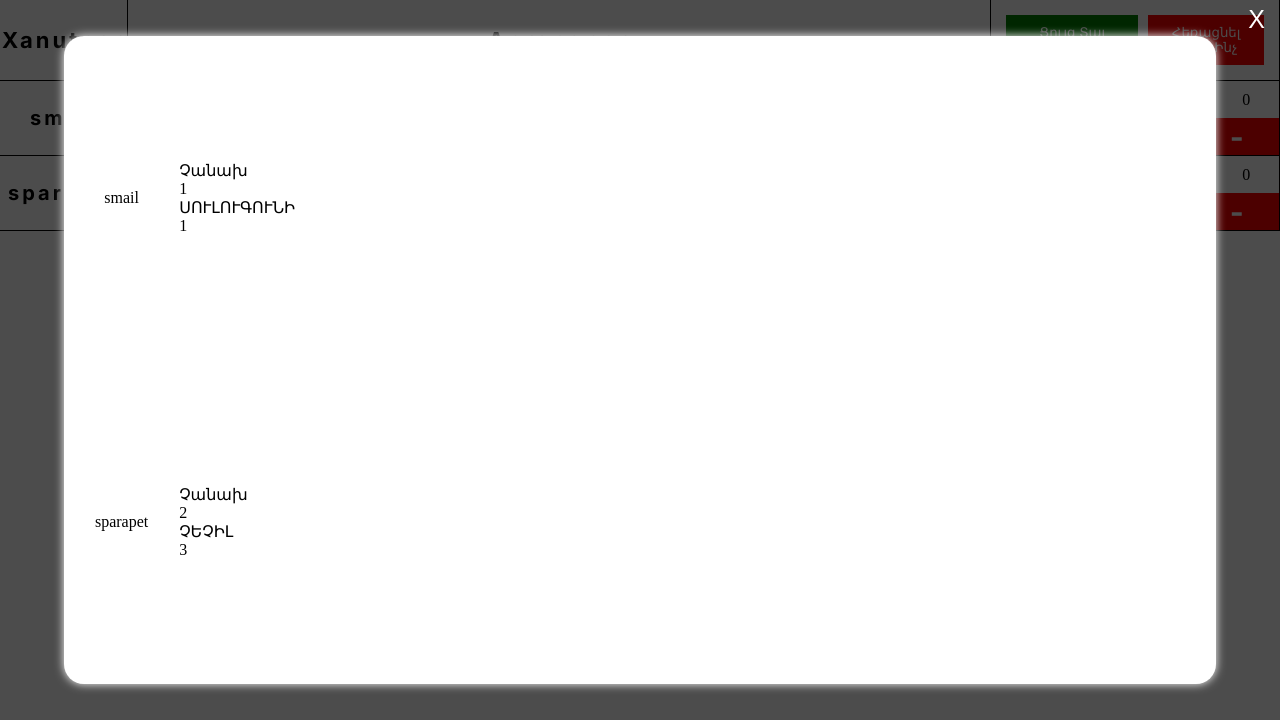
Repository: AbApin/amasia
Page: /
An editor plug-in stored every save of this project. The page is shown before and after the next save, followed by the edit.
The browser window is 1280 px wide. The pictures show the whole page.
The project was rebuilt for these pictures with package versions that can differ from the ones it lists, and the page was loaded fresh each time. Also part of the build but not shown: vue.config.js.

Above is the page before, as saved 2023-01-28 17:15:30.

After the next save:
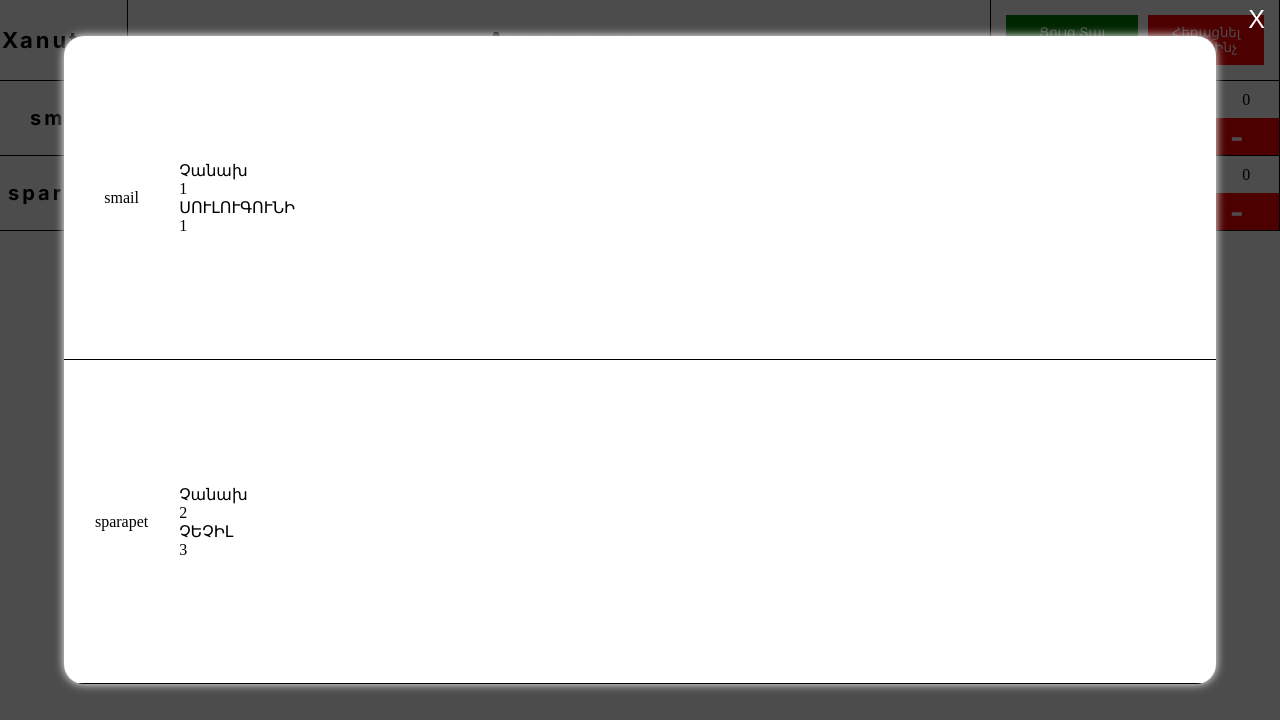
Saved 6 s later.
--- a/src/App.vue
+++ b/src/App.vue
@@ -274,7 +274,7 @@ ul {
   display: flex;
   align-items: center;
   flex: 1 1 0;
-  border-bottom: ;
+  border-bottom: 1px solid #000;
 }
 .endhanurQanakiListItemXanutiAnun {
   width: 10%;
